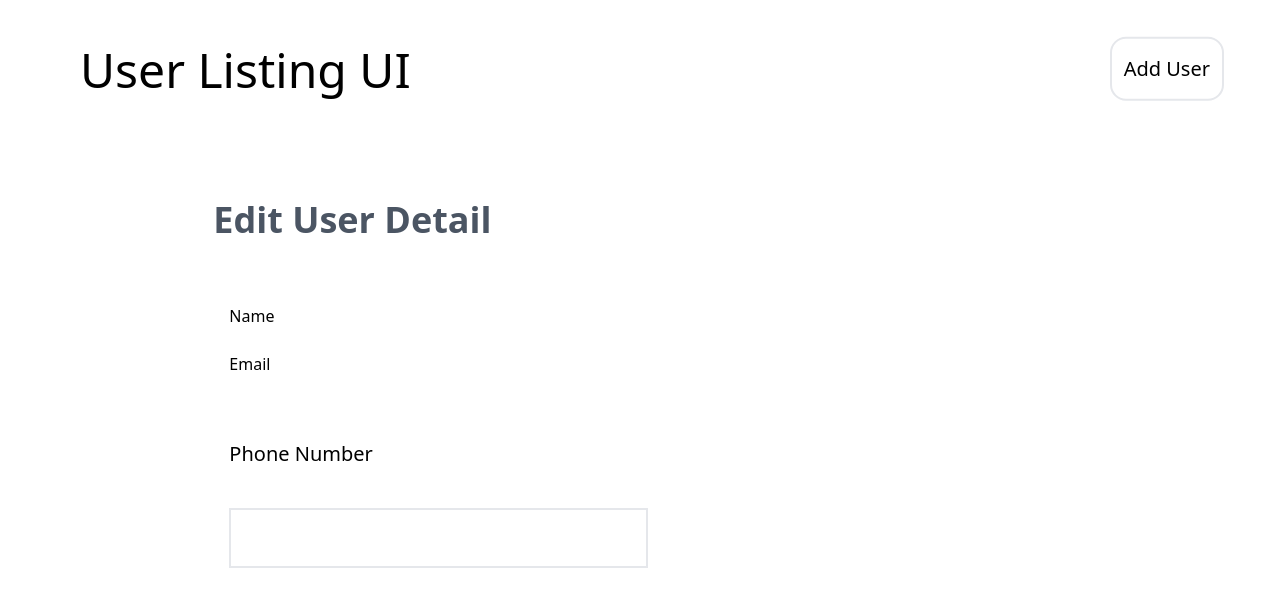
Repository: Marlstergo/listings
Page: /order (app in client/)
These files come from the project's save history. The page is drawn as it stood at one moment and after the next save; the edit follows.
The browser window is 1280 px wide. The pictures show the whole page.
The project was rebuilt for these pictures with package versions that can differ from the ones it lists, and the page was loaded fresh each time. Also part of the build but not shown: client/craco.config.js, client/src/components/Loader.js, client/src/components/UserRow.jsx, client/src/components/Home.js, client/src/components/Modal.js. Imported but missing from the stored project, and not drawn on this page: client/src/components/Base, client/src/components/Toppings.

Above is the page before, as saved 2021-07-21 15:18:43.

### client/src/index.js
/* eslint-disable no-unused-vars */
import React from "react";
import ReactDOM from "react-dom";
import "./index.css";
import App from "./App";
import reportWebVitals from "./reportWebVitals";
import { BrowserRouter as Router } from 'react-router-dom';
import { Provider } from "react-redux";
import { store } from "./redux/store";
import { PersistGate } from "redux-persist/integration/react";
import { persistor } from "./redux/store";

ReactDOM.render(
  <React.StrictMode>
    <Provider store={store}>
      <Router>
        <PersistGate persistor={persistor}>
          <App />
        </PersistGate>
      </Router>
    </Provider>
  </React.StrictMode>,
  document.getElementById("root")
);

// If you want to start measuring performance in your app, pass a function
// to log results (for example: reportWebVitals(console.log))
// or send to an analytics endpoint. Learn more: https://bit.ly/CRA-vitals
reportWebVitals();

### client/src/App.js
import React, { useState } from 'react';
import {BrowserRouter, Route, Switch, useLocation } from "react-router-dom";
import Header from './components/Header';
import Home from './components/Home';
import Base from './components/Base';
import Toppings from './components/Toppings';
import Order from './components/EditUser';
import Modal from './components/Modal';
import { AnimatePresence } from 'framer-motion';

function App() {
  const location = useLocation();
  const showModal = true;

  return (
    <>
      <Header />
      {/* <Modal showModal={showModal} /> */}
      <AnimatePresence exitBeforeEnter>
      <BrowserRouter>
        <Switch >
          <Route
          exact
          name="home"
          path="/">
            <Home />
          </Route>
          {/* <Route exact path="/createUpdateUser">
            <Toppings />
          </Route> */}
          <Route path="/order"
          exact
          name="order">
            <Order />
          </Route>

        </Switch>
        </BrowserRouter>
      </AnimatePresence>

    </>
  );
}

export default App;

### client/src/redux/store.js
import { createStore, applyMiddleware } from "redux";
import { logger } from 'redux-logger';
import {persistStore} from 'redux-persist';
// import thunk from 'redux-thunk'
import createSagaMiddleware from 'redux-saga'

import rootSaga from './root-sagas'

import rootReducer from './root-reducer';

const sagaMiddleware = createSagaMiddleware()

const middleware = [sagaMiddleware];

if( process.env.NODE_ENV === 'development'){
    middleware.push(logger)
}

export const store = createStore(rootReducer, applyMiddleware(...middleware))

sagaMiddleware.run(rootSaga)

export const persistor = persistStore(store)

export default (store, persistor);

### client/src/components/Header.js
import React from "react";
import { motion } from "framer-motion";

const svgVariants = {
  hidden: { rotate: -180 },
  visible: {
    rotate: 0,
    transition: { duration: 1 },
  },
};

const pathVariants = {
  hidden: {
    opacity: 0,
    pathLength: 0,
  },
  visible: {
    opacity: 1,
    pathLength: 1,
    transition: {
      duration: 2,
      ease: "easeInOut",
    },
  },
};

const buttonVariants = {
  show: {
    y: [0, -20],
    x: 0,
    textShadow: "0px 0px 8px rgb(255,255,255)",
    boxShadow: "0px 0px 8px rgb(255,255,255)",
    transition: {
      duration: 0.3,
      yoyo: Infinity,
      ease: 'easeOut'
    },
  },
};

const Header = () => {
  return (
    <header className="flex p-14 w-screen justify-between  items-center">
      {/* <motion.div
        className="logo"
        drag
        dragConstraints={{ left: 0, top: 0, right: 0, bottom: 0 }}
        dragElastic={0.7}
      >

      </motion.div> */}
      <motion.div
        className=" flex justify-between w-full ml-6 text-xs"
        initial={{ y: -250 }}
        animate={{ y: -10 }}
        transition={{ delay: 0.2, type: "spring", stiffness: 120 }}
      >
        <h1 className=" pb-4 text-5xl">User Listing UI</h1>
        <motion.button variants={buttonVariants} whileHover="hover"
        animate="show"
        className="text-xl border-2 px-3 rounded-2xl"
        >
          Add User
        </motion.button>
      </motion.div>
    </header>
  );
};

export default Header;

### client/src/components/EditUser.js
import React, { useEffect } from 'react';
import { motion } from 'framer-motion';

const containerVariants = {
  hidden: {
    opacity: 0,
    x: '100vw',
    transition: {
      staggerChildren: 0.5,
    }
  },
  visible: {
    opacity: 1,
    x: 0,
    transition: {
      type: 'spring',
      mass: 0.4,
      damping: 8,
      staggerChildren: 0.4,
      when: "beforeChildren",
    }
  },
};

const childVariants = {
  hidden: {
    opacity: 0,
  },
  visible: {
    opacity: 1,
  }
}

const Order = () => {


  return (
    <motion.div className="container order flex justify-center"
      variants={containerVariants}
      initial="hidden"
      animate="visible"
      exit="exit"
    >
      <div className="w-2/3 ">
        <h1 className="text-gray-600 font-semibold py-6 mb-10 text-4xl">Edit User Detail</h1>

      <motion.form variants={childVariants} className="pl-4">
        <div className="flex flex-col">
          <label htmlFor="">Name</label>
          <input type="text" name="name" id="name" />
        </div>
        <div className="flex flex-col">
          <label htmlFor="">Email</label>
          <input type="text" name="email" id="email" />
        </div>
        <div className="flex flex-col">
          <label htmlFor="phone" className="text-xl my-10" >Phone Number</label>
          <input type="text" name="phone" className="px-3 py-4 w-1/2 border-2" id="phone" />
        </div>
      </motion.form>
      <motion.div variants={childVariants}>

      </motion.div>
      </div>
    </motion.div>
  )
}

export default Order;

### client/src/redux/root-sagas.js
import {all, call} from 'redux-saga/effects'
import {userSagas} from './user/user.sagas'


export default function* rootSaga(){
    yield all([
        call(userSagas),
    ])
}

### client/src/redux/root-reducer.js
import {combineReducers} from 'redux'
import userReducer from './user/user.reducer'
// import cartReducer from './cart/cart.reducer'
import {persistReducer} from 'redux-persist'
import storage from 'redux-persist/lib/storage'
// import directoryReducer from './directory/directory.reducer'
// import shopReducer from './shop/shop.reducer'

const persistConfig ={
    key: 'root',
    storage,
    whitelist: ['' ]
}
const rootReducer = combineReducers({
    user: userReducer,

})
export default persistReducer(persistConfig, rootReducer)

### client/src/redux/user/user.sagas.js
import { all, call, put, takeLatest } from "redux-saga/effects";

import UserActionTypes from "./user.types";
import { loadUserDetail } from "./user.action";
// import axios from "axios";
// import { getUserDetailsURL } from "../../components/stringConstants";

export function* getDetails() {
  yield console.log("i fired");

  // try {
  //   console.log("inside try");

  //   const res = yield axios.get(getUserDetailsURL);
  //   const data = yield res.data;
  //   console.log(res);
  //   yield put(loadUserDetail(data ? data.data[0] : {}));
  // } catch (err) {
  //   console.log(err.response);
  //   if (err.response && err.response.statusText === "Not Found") {
  //     // console.log("");
  //     window.location.href = "/profile/settings?newUser=0837";
  //   }
  // }
}

export function* getUserDetails() {
  yield takeLatest(UserActionTypes.GET_USER_DETAIL, getDetails);
}
// export function* loadUserDetails(){
//     yield takeLatest(UserActionTypes.LOAD_USER_DETAIL, loadDetails)
// }

export function* userSagas() {
  yield all([call(getUserDetails)]);
}

### client/src/redux/user/user.reducer.js
import UserActionTypes from "./user.types";
const INITIAL_STATE = {
  // currentUser: null,
  userDetail: {},
  demo: 'i am demo',
  location: null

};
const userReducer = (state = INITIAL_STATE, action) => {
  switch (action.type) {

    case UserActionTypes.LOAD_USER_DETAIL:
      return {
        ...state,
        userDetail: action.payload,
      };

    case UserActionTypes.COLLECT_GEOLOCATION:
      return {
        ...state,
        location: action.payload
      }
    default:
      return state;
  }
};

export default userReducer;

### client/src/redux/user/user.types.js
const UserActionTypes ={
    GOOGLE_SIGN_IN_START : 'GOOGLE_SIGN_IN_START',
    SIGN_IN_SUCCESS : 'SIGN_IN_SUCCESS',
    SIGN_IN_FAILURE : 'SIGN_IN_FAILURE',
    GET_USER_DETAIL: 'GET_USER_DETAIL',
    LOAD_USER_DETAIL: 'LOAD_USER_DETAIL',
    COLLECT_GEOLOCATION: 'COLLECT_GEOLOCATION',
    FETCH_GEOLOCATION: 'FETCH_GEOLOCATION'
}
export default UserActionTypes;

### client/src/redux/user/user.action.js
import UserActionTypes from './user.types'



// export const googleSignInStart = () => ({
//     type: UserActionTypes.GOOGLE_SIGN_IN_START
// })

// export const signInSuccess = (user) => ({
//     type: UserActionTypes.SIGN_IN_SUCCESS,
//     payload: user
// })

export const getUserDetail = () => ({
    type: UserActionTypes.GET_USER_DETAIL,

})
export const loadUserDetail = (details) => ({
    type: UserActionTypes.LOAD_USER_DETAIL,
    payload: details
})

export const fetchGeoloction = () => ({
    type: UserActionTypes.FETCH_GEOLOCATION
})
export const collectGeolocation = (location) => ({
    type: UserActionTypes.COLLECT_GEOLOCATION,
    payload: location
})
// })

### client/tailwind.config.js
  // tailwind.config.js
  module.exports = {
    // mode:'jit',
    purge: ['./src/**/*.{js,jsx,ts,tsx}', './public/index.html'],
     darkMode: false, // or 'media' or 'class'
     theme: {
       extend: {},
     },
     variants: {
       extend: {},
     },
     plugins: [],
   }

Loaded but not shown: client/public/index.html (common file); client/src/index.css (common file); client/src/reportWebVitals.js (common file)

After the next save:
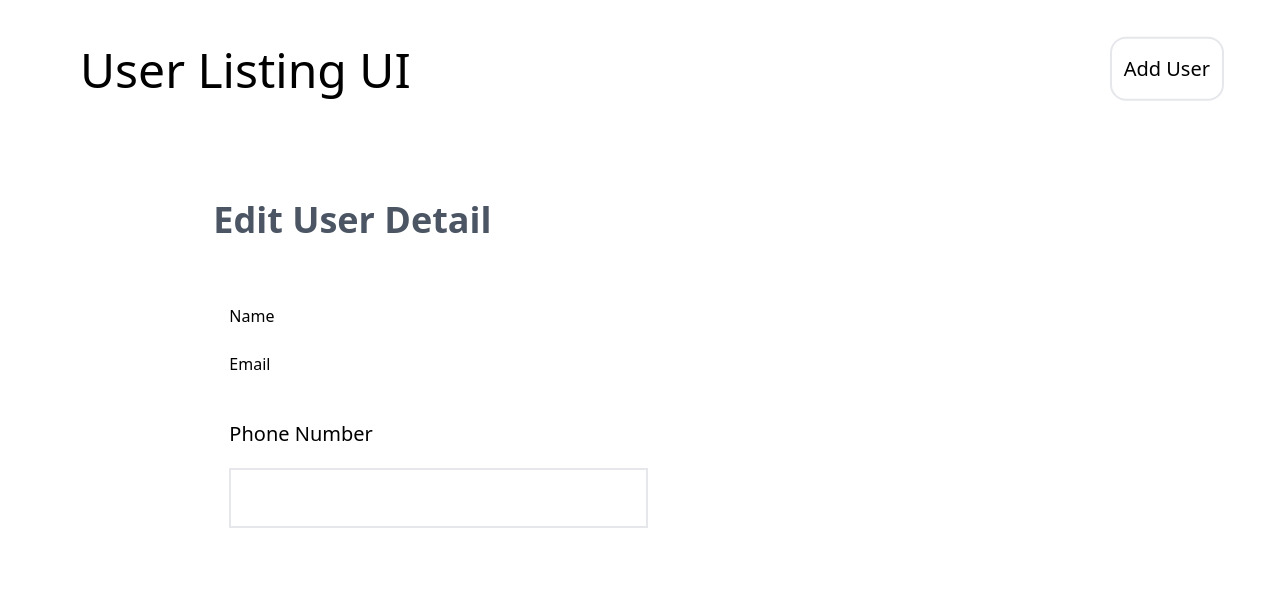
Saved 20 s later.
--- a/client/src/components/EditUser.js
+++ b/client/src/components/EditUser.js
@@ -54,7 +54,7 @@ const Order = () => {
           <input type="text" name="email" id="email" />
         </div>
         <div className="flex flex-col">
-          <label htmlFor="phone" className="text-xl my-10" >Phone Number</label>
+          <label htmlFor="phone" className="text-xl my-5" >Phone Number</label>
           <input type="text" name="phone" className="px-3 py-4 w-1/2 border-2" id="phone" />
         </div>
       </motion.form>
